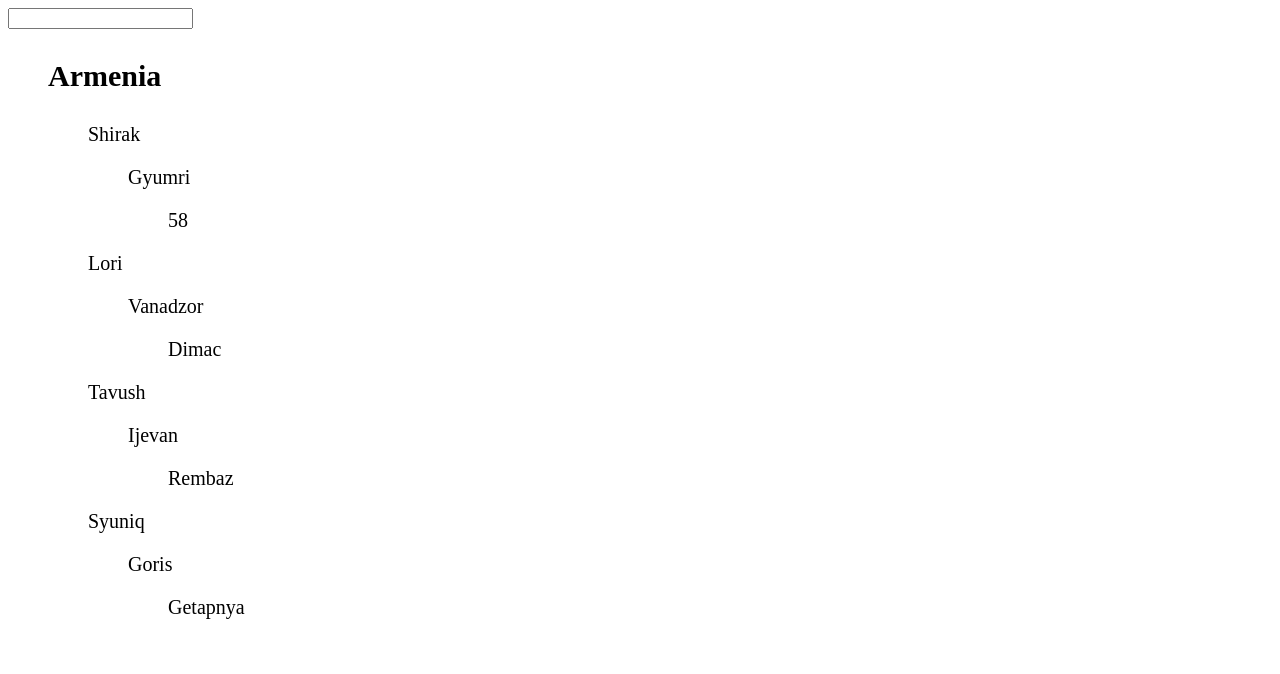
Repository: Seryozha02/DOM
Page: index.html
The author's editor kept a copy of each file at every save. The page is drawn from the files as they stood at one save, then again after the next save.
The browser window is 1280 px wide. The pictures show the whole page.

Above is the page before, as saved 2022-09-19 20:39:45.

After the next save:
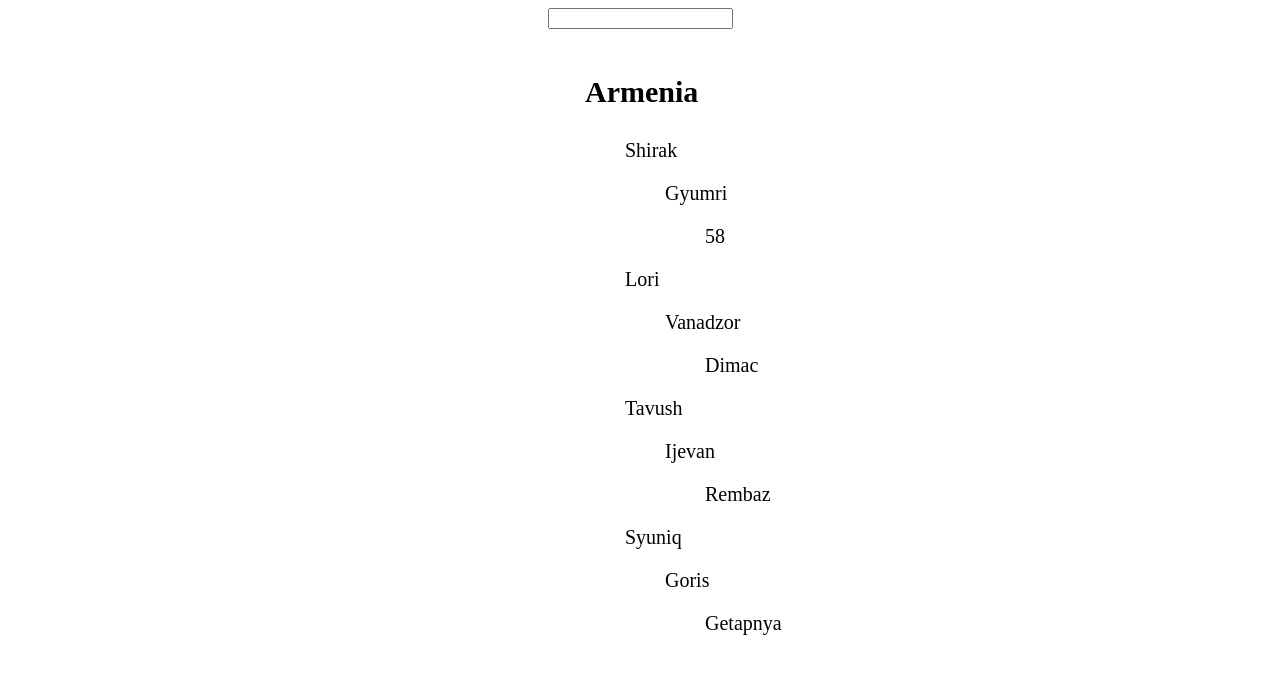
Saved 27 s later.
--- a/index.html
+++ b/index.html
@@ -12,7 +12,7 @@
             font-size: 30px;
             font-weight: bolder;
         }
-        #root {
+        #dom {
             display: flex;
             justify-content: center;
             flex-direction: column;
